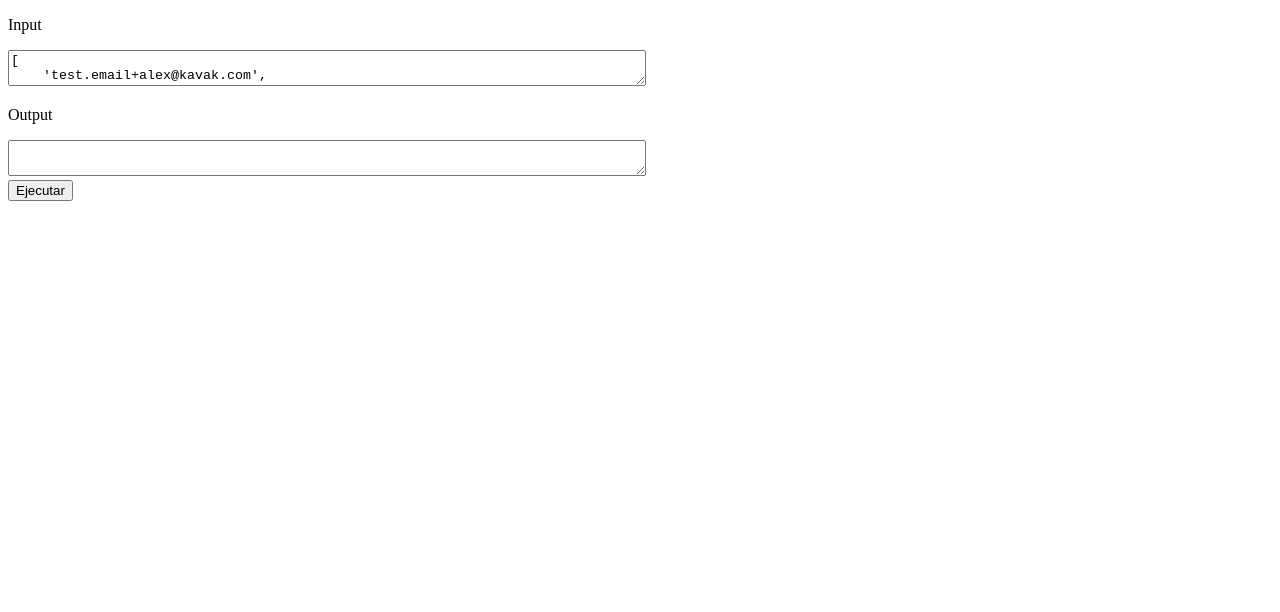
Repository: davobarrera/pruebaKVK
Page: index.html
The author's editor kept a copy of each file at every save. The page is drawn from the files as they stood at one save, then again after the next save.
The browser window is 1280 px wide. The pictures show the whole page.

Above is the page before, as saved 2020-07-04 11:35:47.

After the next save:
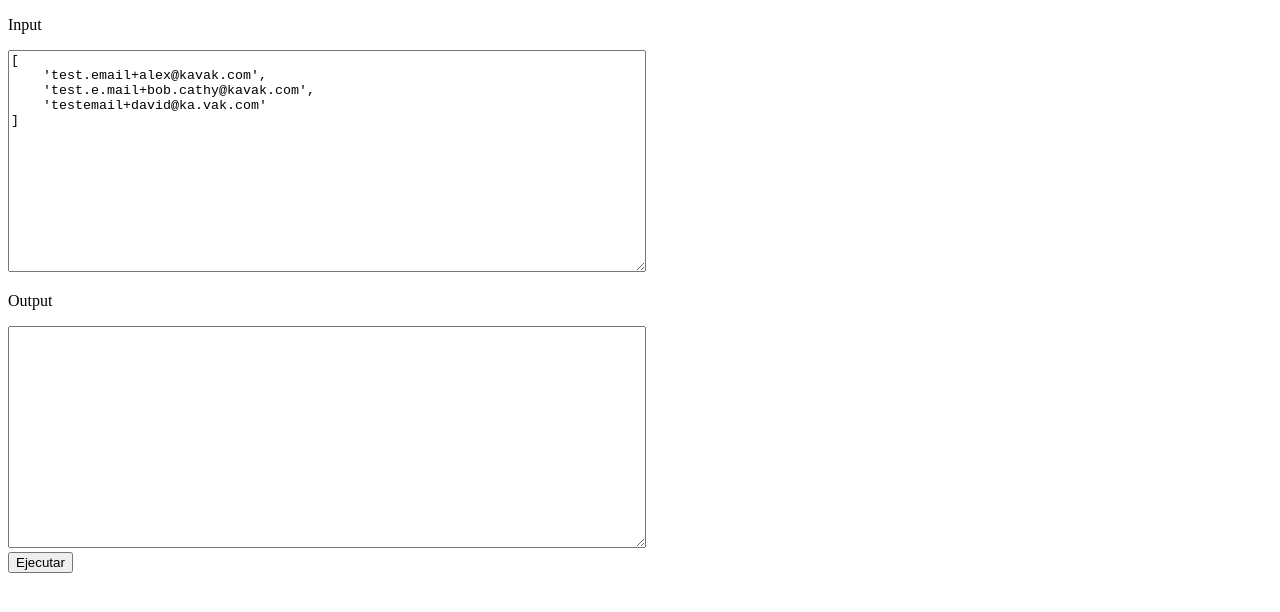
Saved 17 s later.
--- a/index.html
+++ b/index.html
@@ -9,7 +9,7 @@
 
 <body>
     <p>Input</p>
-    <textarea id="input"  style="width: 50%; height: 30%;">
+    <textarea id="input"  style="width: 50%; height: 30vh;">
 [
     'test.email+alex@kavak.com',
     'test.e.mail+bob.cathy@kavak.com',
@@ -17,7 +17,7 @@
 ]
     </textarea>
     <p>Output</p>
-    <textarea id="output" style="width: 50%;  height: 30%;"></textarea>
+    <textarea id="output" style="width: 50%;  height: 30vh;"></textarea>
     <br>
     <button onclick=ejecutar()>Ejecutar</button>
   <script src="filtrarEmail.js"></script>
